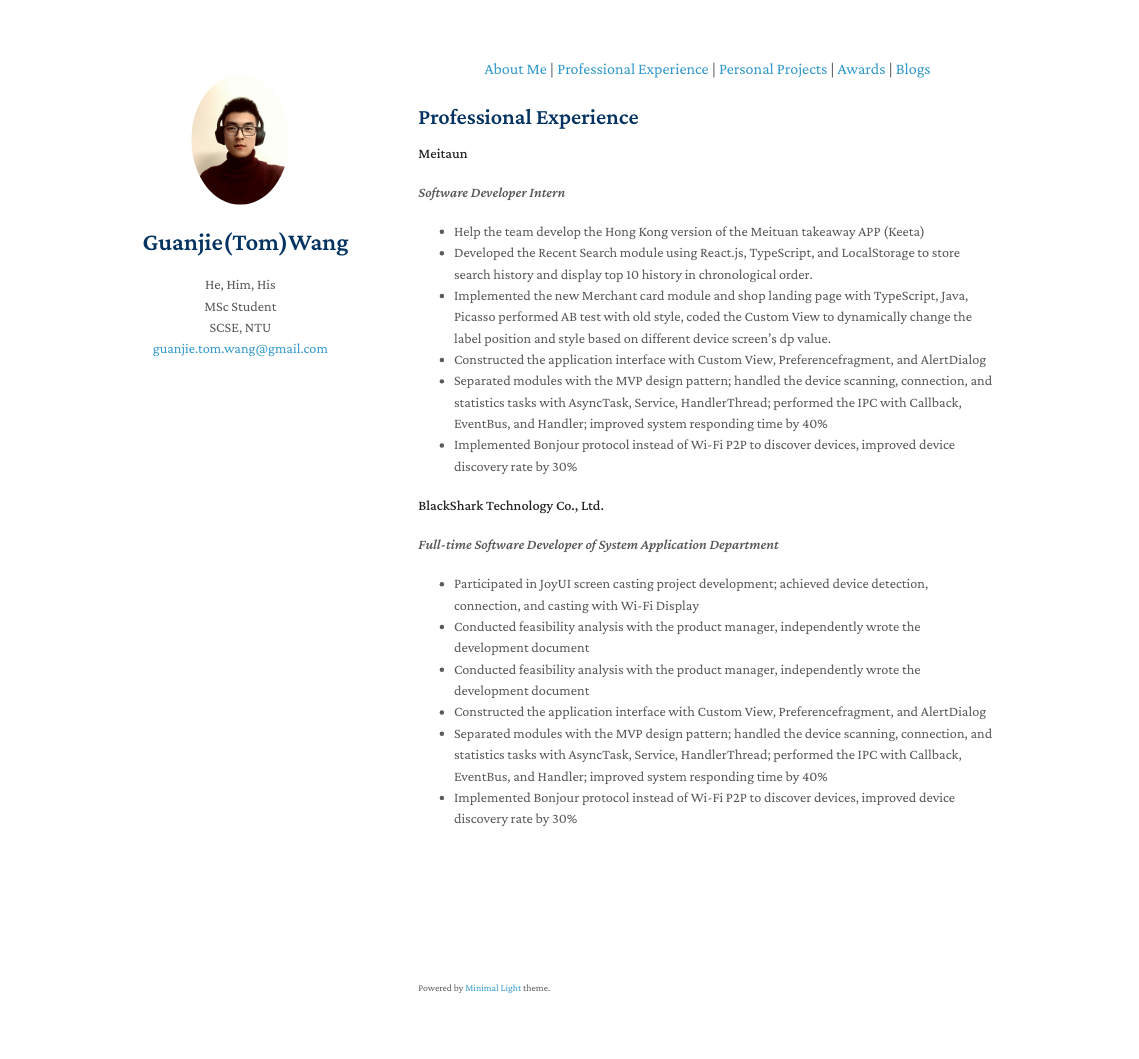
Repository: guanjie01/aboutme
Page: html/professional.html
These files come from the project's save history. The page is drawn as it stood at one moment and after the next save; the edit follows.
The browser window is 1280 px wide. The pictures show the whole page, at 89% of full size.

Above is the page before, as saved 2023-07-30 22:17:00.

After the next save:
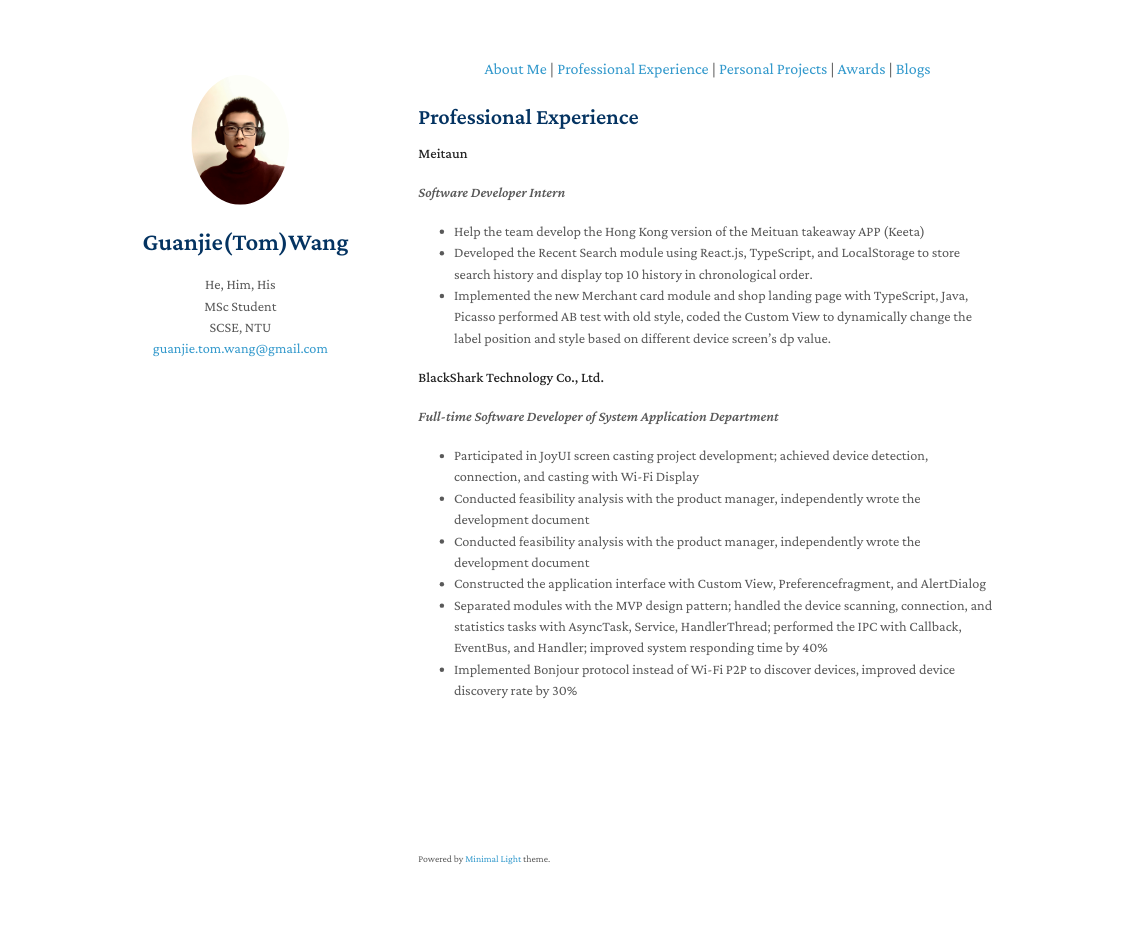
Saved 10 s later.
--- a/html/professional.html
+++ b/html/professional.html
@@ -86,20 +86,6 @@
           <li>
             Implemented the new Merchant card module and shop landing page with TypeScript, Java, Picasso performed AB test with old style, coded the Custom View to dynamically change the label position and style based on different device screen’s dp value.
           </li>
-          <li>
-            Constructed the application interface with Custom View,
-            Preferencefragment, and AlertDialog
-          </li>
-          <li>
-            Separated modules with the MVP design pattern; handled the device
-            scanning, connection, and statistics tasks with AsyncTask, Service,
-            HandlerThread; performed the IPC with Callback, EventBus, and
-            Handler; improved system responding time by 40%
-          </li>
-          <li>
-            Implemented Bonjour protocol instead of Wi-Fi P2P to discover
-            devices, improved device discovery rate by 30%
-          </li>
         </ul>
 
         <p>
